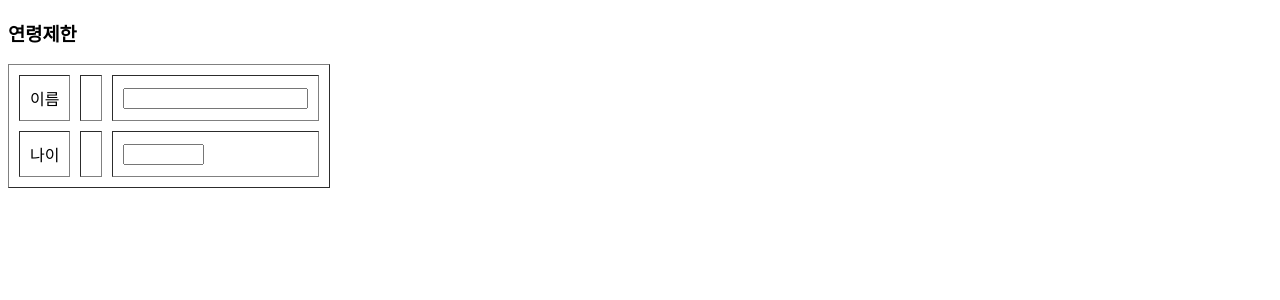
Repository: jihyunah/Java_EE
Page: workspace/testServlet/src/main/webapp/param.html
The author's editor kept a copy of each file at every save. The page is drawn from the files as they stood at one save, then again after the next save.
The browser window is 1280 px wide. The pictures show the whole page.

Above is the page before, as saved 2023-02-22 05:49:01.

### workspace/testServlet/src/main/webapp/param.html
<!DOCTYPE html>
<html>
<head>
<meta charset="UTF-8">
<title>Insert title here</title>
</head>
<body>
	<h3>연령제한 </h3>

<table border="1" cellpadding="10" cellspacing="10">
	<tr>
		<td>이름 <td>
		<td><input type="text" name="name"></td>
	</tr>

	<tr>
		<td>나이 <td>
		<td><input type="text" name="age" size="7" maxlength="3"></td>
	</tr>

	</table>
</body>
</html>

After the next save:
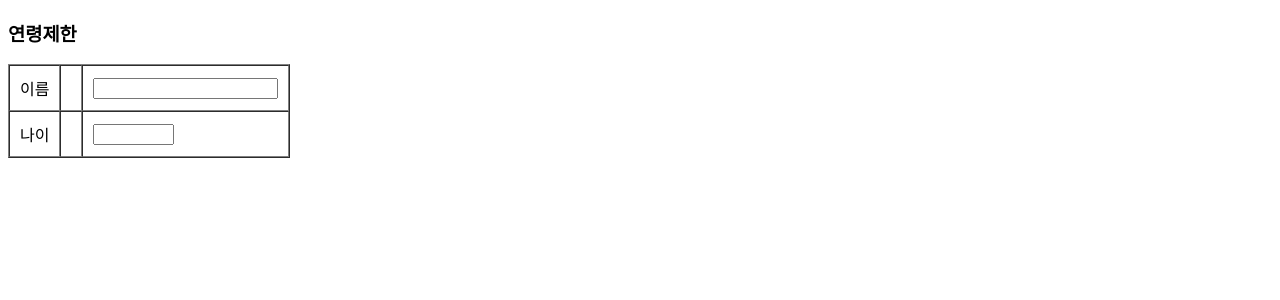
Saved 19 s later.
--- a/workspace/testServlet/src/main/webapp/param.html
+++ b/workspace/testServlet/src/main/webapp/param.html
@@ -7,7 +7,7 @@
 <body>
 	<h3>연령제한 </h3>
 
-<table border="1" cellpadding="10" cellspacing="10">
+<table border="1" cellpadding="10" cellspacing="0">
 	<tr>
 		<td>이름 <td>
 		<td><input type="text" name="name"></td>
